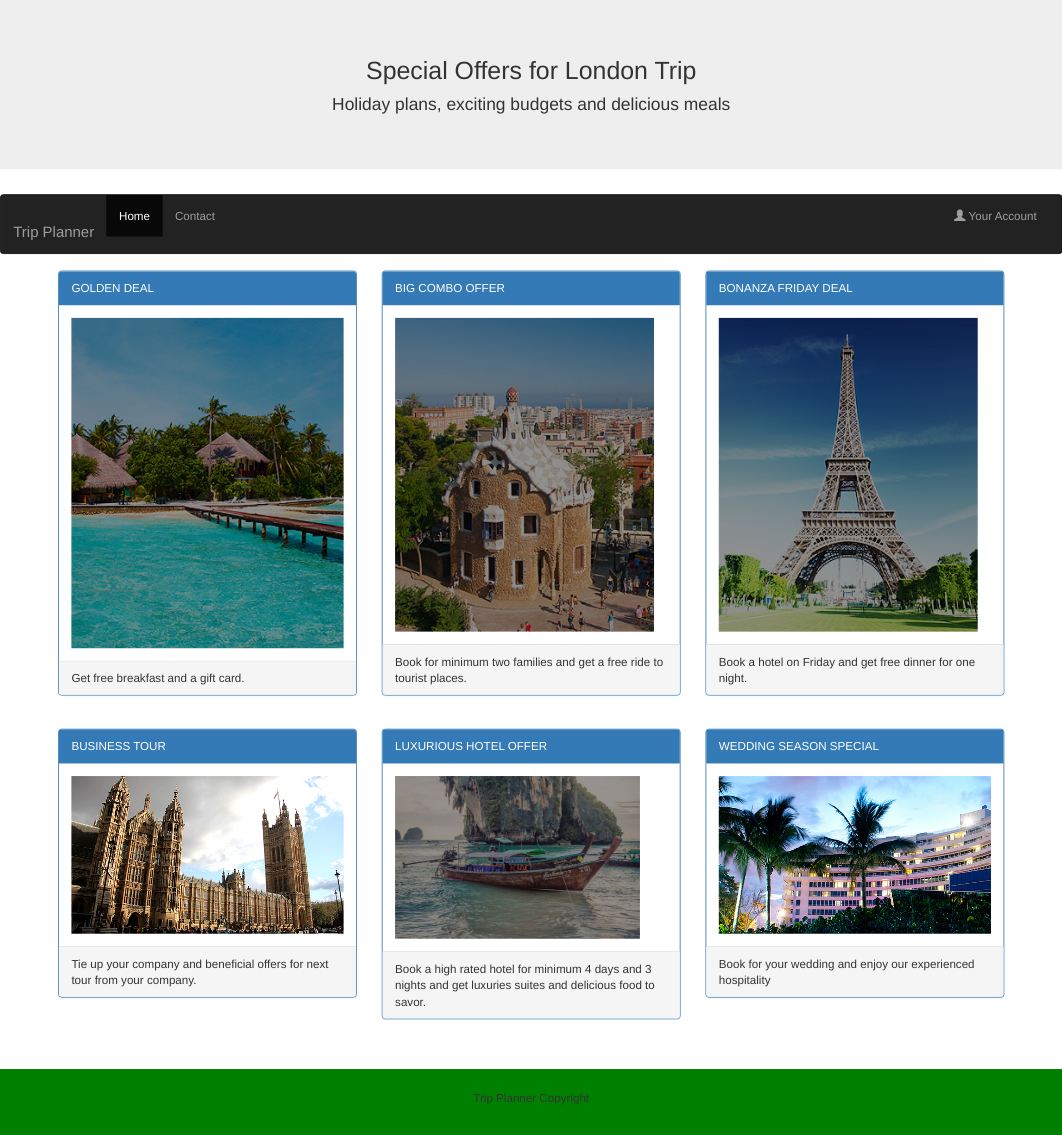
Repository: NanSin21/Mytourism-Website
Page: http://localhost/toursandtravelsmanagement/TripPlaces/CustomerLondon.jsp
An editor plug-in stored every save of this project. The page is shown before and after the next save, followed by the edit.
The browser window is 1280 px wide. The pictures show the whole page, at 83% of full size.
The page is served by Tomcat 9.

Above is the page before, as saved 2018-07-25 06:38:07.

After the next save:
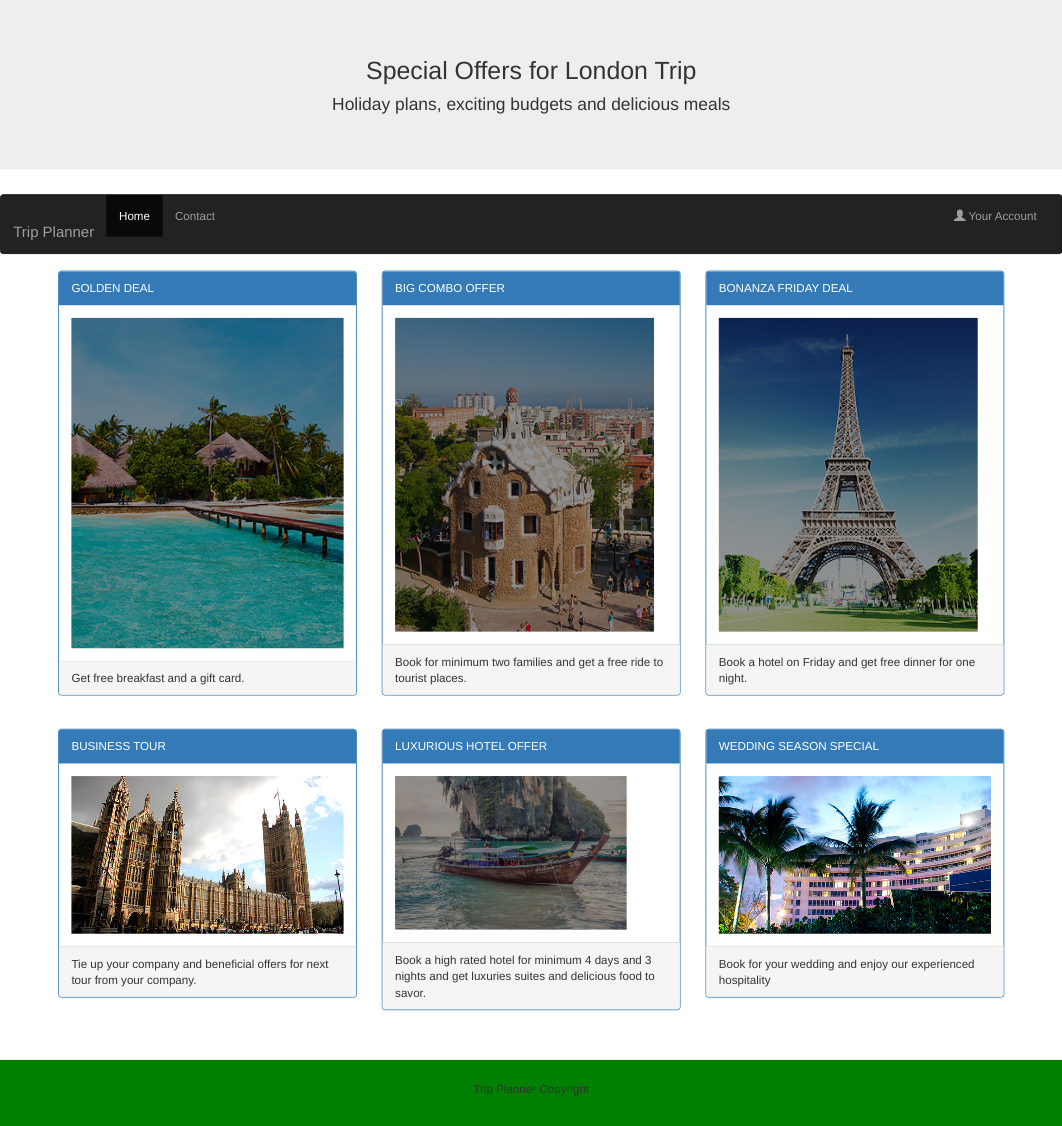
Saved 29 s later.
--- a/toursandtravelsmanagement/WebContent/TripPlaces/CustomerLondon.jsp
+++ b/toursandtravelsmanagement/WebContent/TripPlaces/CustomerLondon.jsp
@@ -98,7 +98,7 @@
     <div class="col-sm-4">
       <div class="panel panel-primary">
         <div class="panel-heading">LUXURIOUS HOTEL OFFER</div>
-        <div class="panel-body"><img src="images/2.jpg" class="img-responsive" style="width:90%" alt="Image"></div>
+        <div class="panel-body"><img src="images/2.jpg" class="img-responsive" style="width:85%" alt="Image"></div>
         <div class="panel-footer">Book a high rated hotel for minimum 4 days and 3 nights and get luxuries suites and delicious food to savor.</div>
       </div>
     </div>
